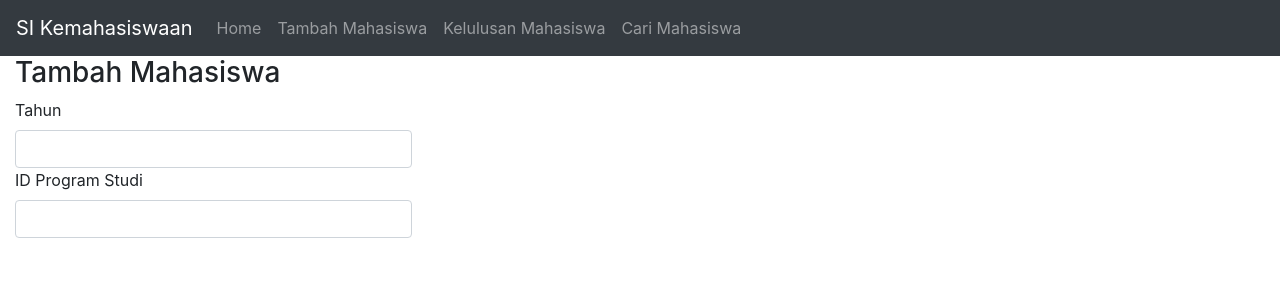
Repository: apap-ekstensi-2018/tugas1_1706106803
Page: http://localhost/kelulusan
These files come from the project's save history. The page is drawn as it stood at one moment and after the next save; the edit follows.
The browser window is 1280 px wide. The pictures show the whole page.
The page is this project's Thymeleaf template; nobody is signed in. The template is opened directly, without the code that normally fills it, so the values that code supplies are empty.

Above is the page before, as saved 2018-04-03 13:47:56.

After the next save:
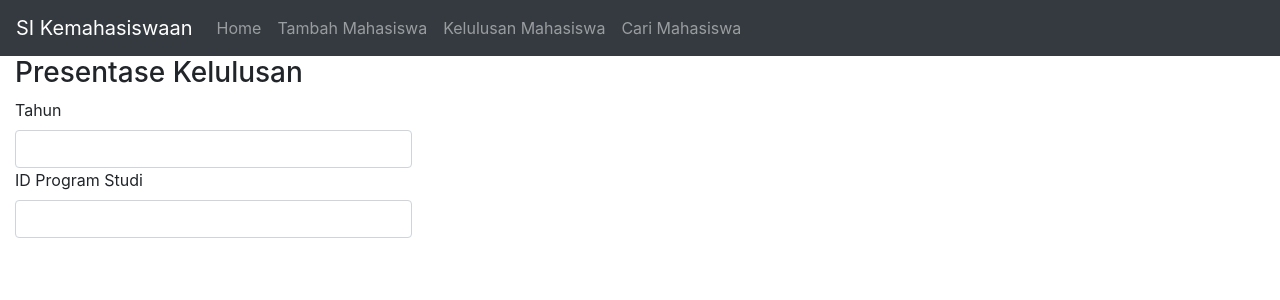
Saved 13 s later.
--- a/tugas1/src/main/resources/templates/kelulusan.html
+++ b/tugas1/src/main/resources/templates/kelulusan.html
@@ -7,7 +7,7 @@
 	</head>
 	<div th:replace="fragments/fragment :: header"></div>
 	<body>
-		<h3 class="page-header col-8" th:text="'Tambah Mahasiswa'"></h3>
+		<h3 class="page-header col-8" th:text="'Presentase Kelulusan'"></h3>
 
 		<form action="/mahasiswa/kelulusan" method="get">
 			<div class="form-group">
